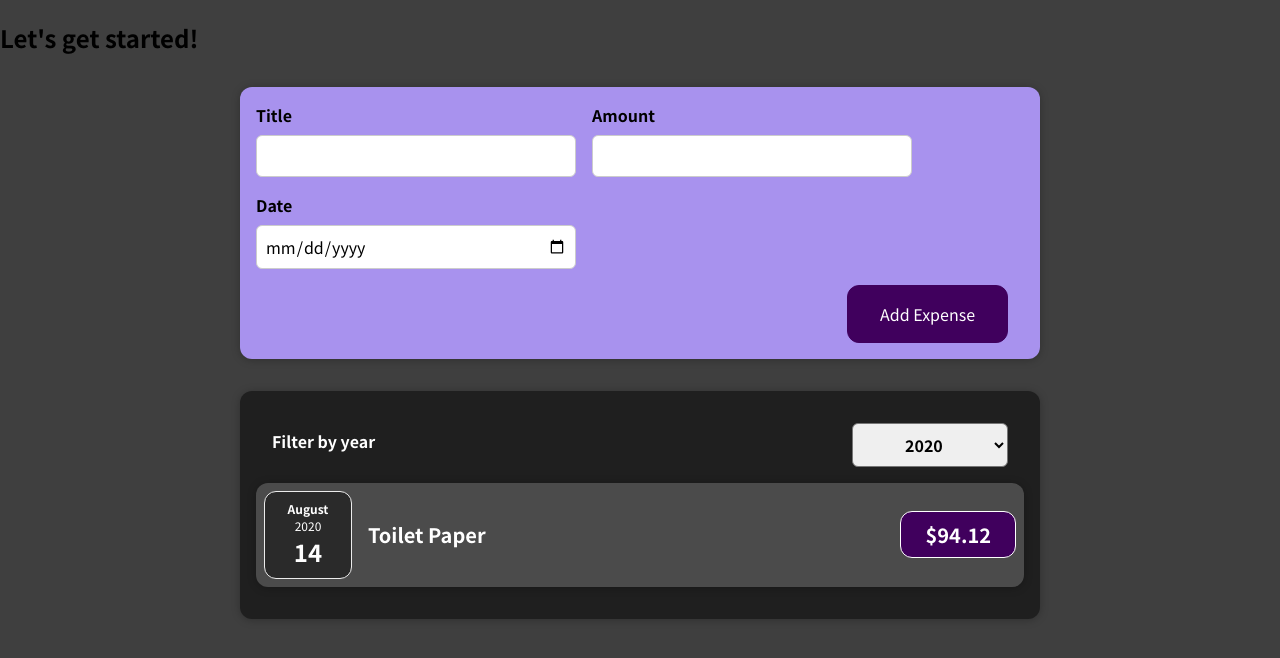
Repository: Dark-Developer93/react-complete-guide
Page: /
The author's editor kept a copy of each file at every save. The page is drawn from the files as they stood at one save, then again after a run of saves.
The browser window is 1280 px wide. The pictures show the whole page.
The project was rebuilt for these pictures with package versions that can differ from the ones it lists, and the page was loaded fresh each time.

Above is the page before, as saved 2022-11-05 09:15:22.

After the next 2 saves:
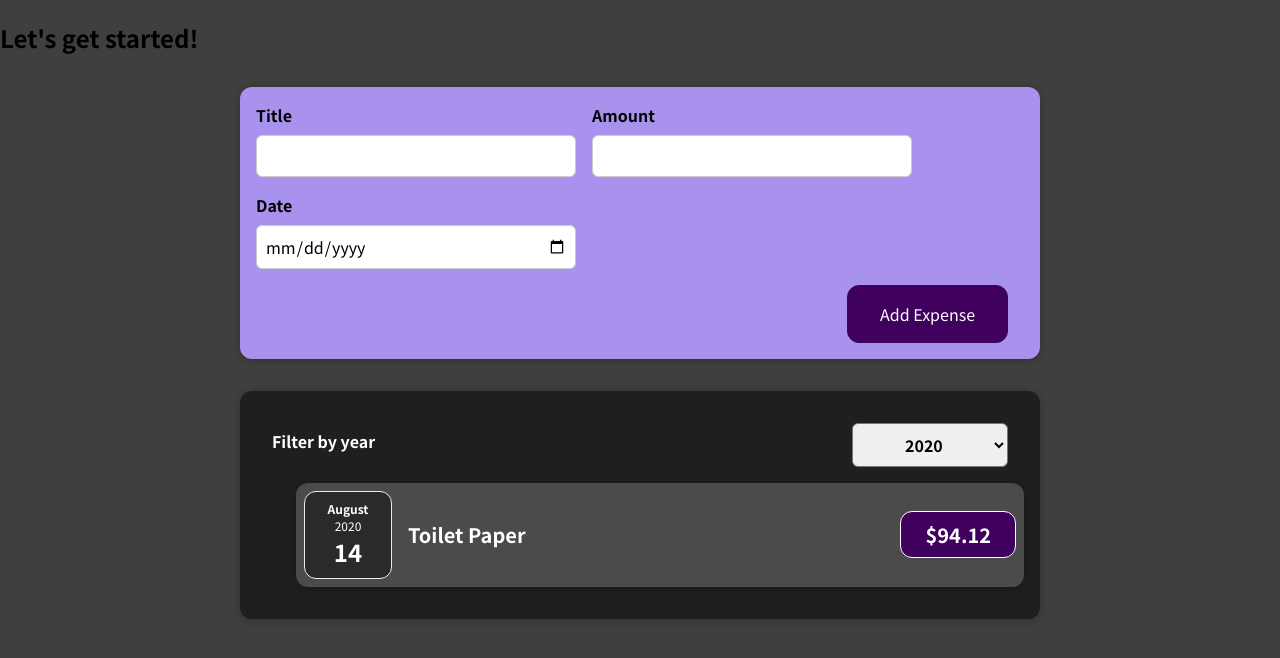
The 2 saves are shown as one change because 1 did not build or start.
The last was saved 2 min 1 s later.
--- a/src/components/Expenses/Expenses.js
+++ b/src/components/Expenses/Expenses.js
@@ -21,7 +21,7 @@ const Expenses = (props) => {
         onChangeFilter={filterChangeHandler}
         selected={filteredYear}
       />
-      <ExpensesList filteredExpense={filteredExpense} />
+      <ExpensesList items={filteredExpense} />
     </Card>
   );
 };
--- a/src/components/Expenses/ExpensesList.js
+++ b/src/components/Expenses/ExpensesList.js
@@ -6,17 +6,21 @@
   let expenseContent = (
     <p className="expenses-list__fallback">No expenses found.</p>
   );
-  if (props.filteredExpense.length > 0) {
-    expenseContent = props.filteredExpense.map((expense) => (
-      <ExpenseItem
-        key={expense.id}
-        title={expense.title}
-        amount={expense.amount}
-        date={expense.date}
-      />
-    ));
+  if (props.items.length === 0) {
+    return;
   }
-  return <div className="expenses-list">{expenseContent}</div>;
+  return (
+    <ul className="expenses-list">
+      {props.items.map((expense) => (
+        <ExpenseItem
+          key={expense.id}
+          title={expense.title}
+          amount={expense.amount}
+          date={expense.date}
+        />
+      ))}
+    </ul>
+  );
 };
 
 export default ExpensesList;

After the 2 saves that followed:
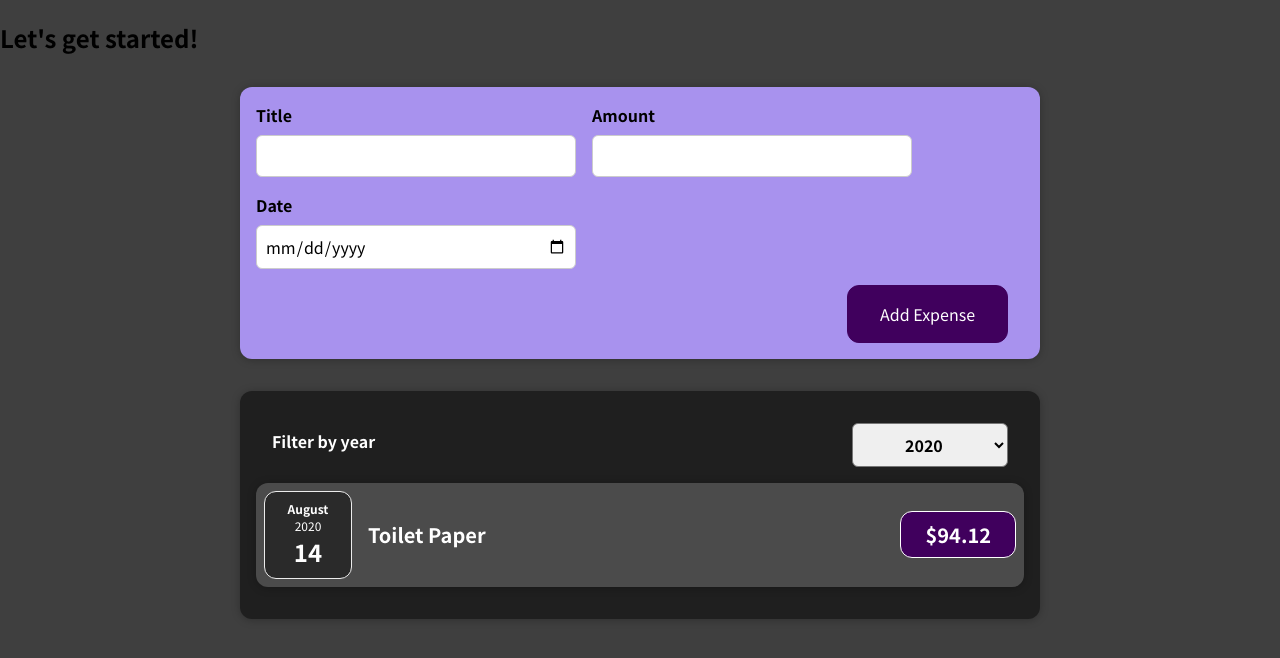
The 2 saves are shown as one change because 1 left the picture as it was.
The last was saved 2 min 33 s later.
--- a/src/components/Expenses/ExpensesList.js
+++ b/src/components/Expenses/ExpensesList.js
@@ -1,13 +1,11 @@
 import React from "react";
 
 import ExpenseItem from "./ExpenseItem";
+import "./ExpensesList.css";
 
 const ExpensesList = (props) => {
-  let expenseContent = (
-    <p className="expenses-list__fallback">No expenses found.</p>
-  );
   if (props.items.length === 0) {
-    return;
+    return <h2 className="expenses-list__fallback">Found no expenses.</h2>;
   }
   return (
     <ul className="expenses-list">
